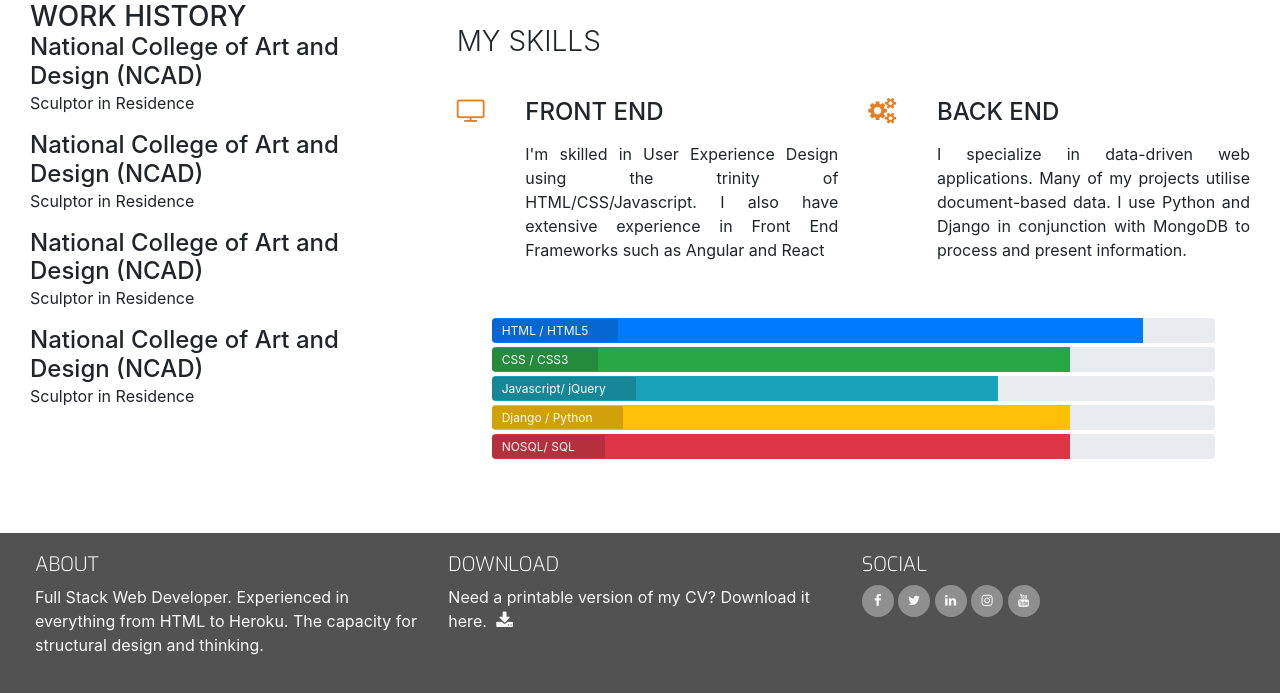
Repository: SimonGeorgeNZ/UCD-Resume
Page: resume.html
The author's editor kept a record of every edit. The page is drawn from the files as they stood at one moment, then again after the next edit.
The browser window is 1280 px wide. The pictures show the part of the page from y = 369 to 1062 px (the page is 1062 px tall).
Some web libraries are served in a nearby version.

Above is the page before.

After the next edit:
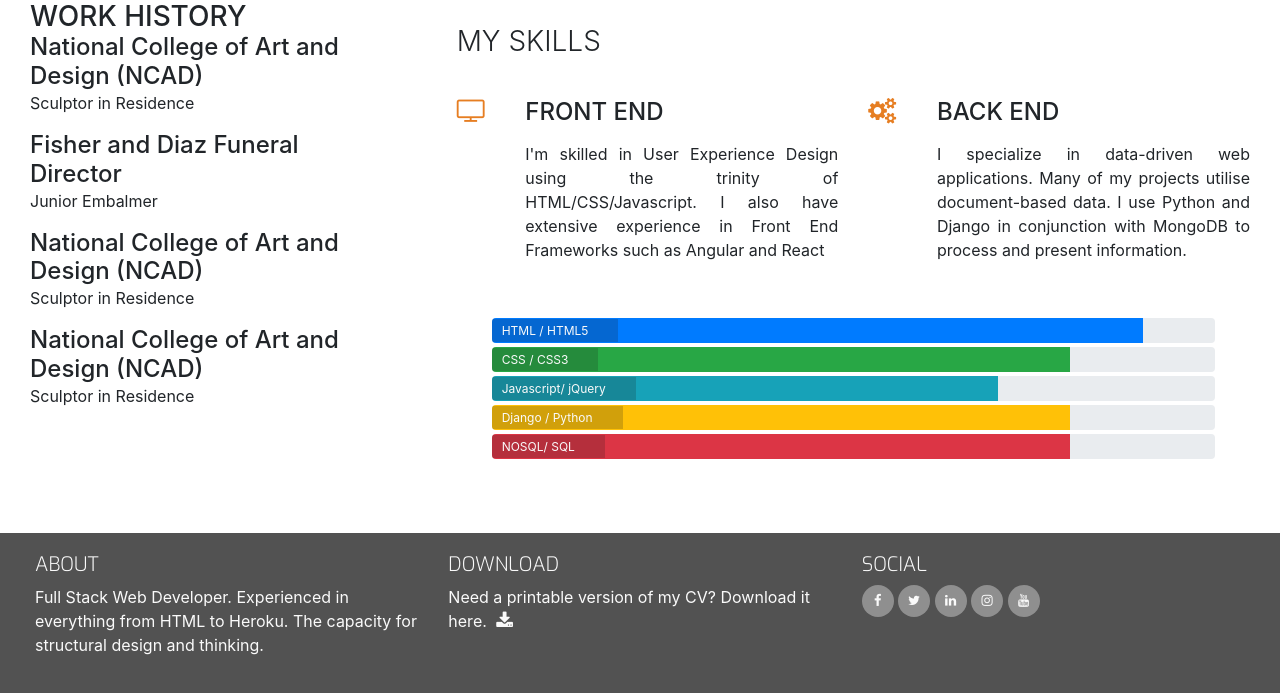
The edit:
--- a/resume.html
+++ b/resume.html
@@ -58,9 +58,9 @@
                     <h4>National College of Art and Design (NCAD)</h4>
                     <p>Sculptor in Residence</p>
                 </div>
-                <div class="timeline-item" data-dates="02/1998 - 04/2004">
-                    <h4>National College of Art and Design (NCAD)</h4>
-                    <p>Sculptor in Residence</p>
+                <div class="timeline-item" data-dates="04/2004 - 06/2008">
+                    <h4>Fisher and Diaz Funeral Director</h4>
+                    <p>Junior Embalmer</p>
                 </div>
                 <div class="timeline-item" data-dates="02/1998 - 04/2004">
                     <h4>National College of Art and Design (NCAD)</h4>
